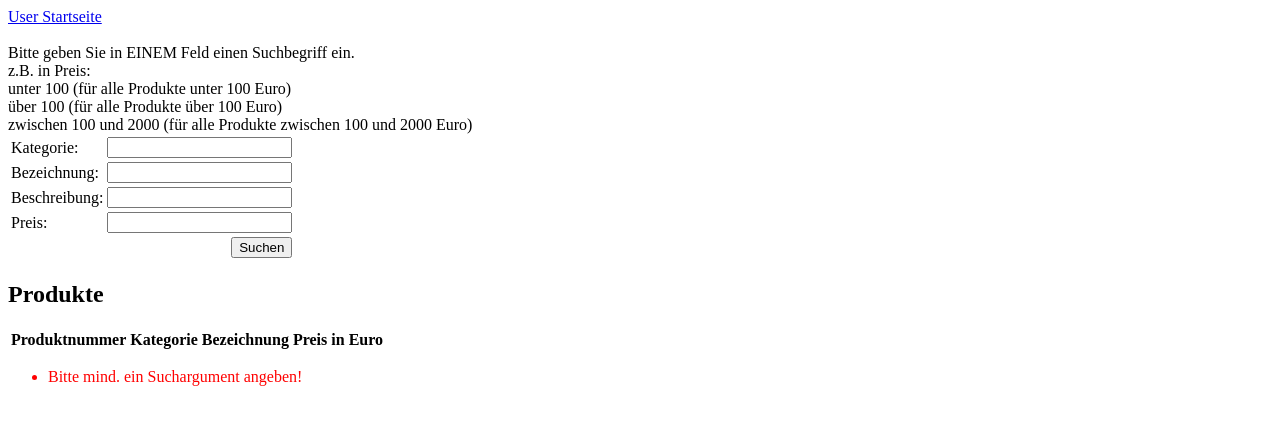
Repository: exic/VIS-Labor
Page: http://localhost/vislabor/search_product.action
An editor plug-in stored every save of this project. The page is shown before and after the next save, followed by the edit.
The browser window is 1280 px wide. The pictures show the whole page.
The page is served by Tomcat 9. Other server files are loaded and not shown.

Above is the page before, as saved 2011-05-15 15:22:15.

### workspace/vislabor/WebContent/pages/SearchProduct.jsp
<%@ page language="java" contentType="text/html; charset=ISO-8859-1" pageEncoding="ISO-8859-1"%>
<!DOCTYPE html PUBLIC "-//W3C//DTD HTML 4.01 Transitional//EN" "http://www.w3.org/TR/html4/loose.dtd">
<%@ taglib prefix="s" uri="/struts-tags"  %>

<html >
	<head>
		<title >Produkt suchen</title>
	</head>

	<body bgcolor="white">

		<a href="<s:url action="forward_to_user_start"/>">User Startseite</a>
		<br /><br />

		Bitte geben Sie in EINEM Feld einen Suchbegriff ein.<br />
		z.B. in Preis: <br/>
		unter 100 (für alle Produkte unter 100 Euro)<br />
		über 100 (für alle Produkte über 100 Euro)<br />
		zwischen 100 und 2000 (für alle Produkte zwischen 100 und 2000 Euro)<br />

		<s:form action="search_product">
			<s:textfield name="category" label="Kategorie" size="20" />
			<s:textfield name="label" label="Bezeichnung" size="20" />
			<s:textfield name="description" label="Beschreibung" size="20" />
			<s:textfield name="price" label="Preis" size="20" />

			<s:submit value="Suchen"/>
		</s:form>

		<h2>Produkte</h2>
		<table>
		<tr>
		    <th>Produktnummer</th>
		    <th>Kategorie</th>
		    <th>Bezeichnung</th>
		    <th>Preis in Euro</th>
		    <th></th>
		</tr>
		<s:iterator value="productList" var="product">
		    <tr>
		        <td><s:property value="id"/></td>
		        <td><s:property value="category.label"/></td>
		        <td><s:property value="label"/></td>
		        <td><s:property value="price"/></td>
		        <td><a href="view?id=<s:property value="id"/>">Detailansicht</a></td>
		    </tr>
		</s:iterator>
		</table>

		 <font color="red">
		 	<s:actionerror label="label" />
		 </font>
	</body>
</html>

### workspace/vislabor/src/vislabExample/model/db/Product.java
package vislabExample.model.db;

// Generated 15.05.2011 14:44:54 by Hibernate Tools 3.4.0.CR1

/**
 * Product generated by hbm2java
 */
public class Product implements java.io.Serializable {

	private Long id;
	private String label;
	private String description;
	private double price;
	private Category category;

	public Product() {
	}

	public Product(Long id) {
		this.id = id;
	}

	public Product(Long id, String label, String description, double price,
			Category category) {
		this.id = id;
		this.label = label;
		this.description = description;
		this.price = price;
		this.category = category;
	}

	public Long getId() {
		return this.id;
	}

	public void setId(Long id) {
		this.id = id;
	}

	public String getLabel() {
		return this.label;
	}

	public void setLabel(String label) {
		this.label = label;
	}

	public String getDescription() {
		return this.description;
	}

	public void setDescription(String description) {
		this.description = description;
	}

	public double getPrice() {
		return this.price;
	}

	public void setPrice(double price) {
		this.price = price;
	}

	public Category getCategory() {
		return this.category;
	}

	public void setCategory(Category category) {
		this.category = category;
	}

}

After the next save:
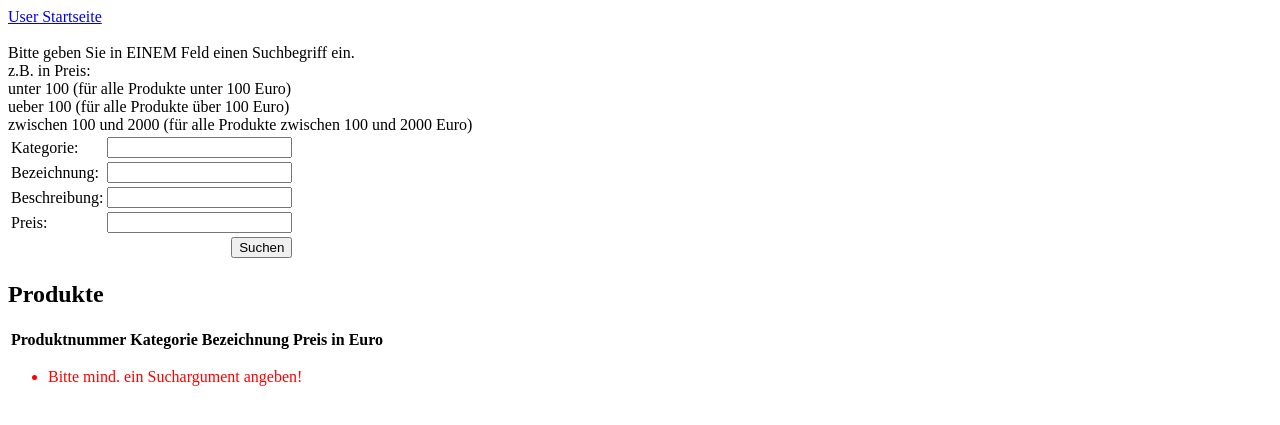
Saved 11 s later.
--- a/workspace/vislabor/WebContent/pages/SearchProduct.jsp
+++ b/workspace/vislabor/WebContent/pages/SearchProduct.jsp
@@ -15,7 +15,7 @@
 		Bitte geben Sie in EINEM Feld einen Suchbegriff ein.<br />
 		z.B. in Preis: <br/>
 		unter 100 (für alle Produkte unter 100 Euro)<br />
-		über 100 (für alle Produkte über 100 Euro)<br />
+		ueber 100 (für alle Produkte über 100 Euro)<br />
 		zwischen 100 und 2000 (für alle Produkte zwischen 100 und 2000 Euro)<br />
 
 		<s:form action="search_product">
